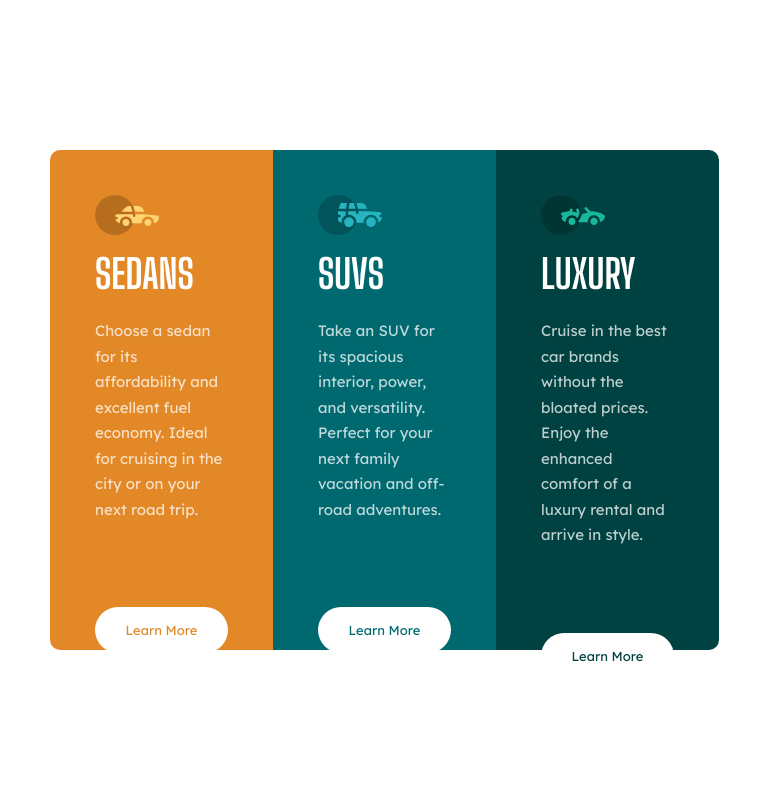
Repository: KamoliddinGIT/column-preview-card
Page: index.html
The author's editor kept a copy of each file at every save. The page is drawn from the files as they stood at one save, then again after the next save.
The browser window is 768 px wide. The pictures show the whole page.

Above is the page before, as saved 2023-09-15 16:54:52.

### index.html
<!DOCTYPE html>
<html lang="en">
  <head>
    <meta charset="UTF-8" />
    <meta name="viewport" content="width=device-width, initial-scale=1.0" />
    <link
      rel="icon"
      type="image/png"
      sizes="32x32"
      href="./images/favicon-32x32.png"
    />
    <link
      href="https://fonts.googleapis.com/css2?family=Lexend+Deca&display=swap"
      rel="stylesheet"
    />
    <link
      href="https://fonts.googleapis.com/css2?family=Big+Shoulders+Display:wght@400;700&display=swap"
      rel="stylesheet"
    />
    <link rel="stylesheet" href="./css/style.css" />
    <title>3-column preview card component</title>
  </head>
  <body>
    <div class="container">
      <div class="card card__1">
        <img src="./images/icon-sedans.svg" alt="sedans" />
        <h1>SEDANS</h1>
        <p>
          Choose a sedan for its affordability and excellent fuel economy. Ideal
          for cruising in the city or on your next road trip.
        </p>
        <a href="#">Learn More</a>
      </div>
      <div class="card card__2">
        <img src="./images/icon-suvs.svg" alt="suvs" />
        <h1>SUVS</h1>
        <p>
          Take an SUV for its spacious interior, power, and versatility. Perfect
          for your next family vacation and off-road adventures.
        </p>
        <a href="#">Learn More</a>
      </div>
      <div class="card card__3">
        <img src="./images/icon-luxury.svg" alt="icon-luxury" />
        <h1>LUXURY</h1>
        <p>
          Cruise in the best car brands without the bloated prices. Enjoy the
          enhanced comfort of a luxury rental and arrive in style.
        </p>
        <a href="#">Learn More</a>
      </div>
    </div>
  </body>
</html>

### css/style.css
* {
  margin: 0;
  padding: 0;
  box-sizing: border-box;
}

body {
  padding: 70px;
  display: flex;
  justify-content: center;
  align-items: center;
  width: 100%;
  height: 100vh;
}

.container {
  display: flex;
  flex-direction: row;
  border-radius: 10px;
  max-width: 900px;
  width: 900px;
  height: 500px;
  color: hsla(0, 0%, 100%, 0.75);
}

.card__1 {
  max-width: 400px;
  width: 350px;
  height: 100%;
  background-color: hsl(31, 77%, 52%);
  border-top-left-radius: 10px;
  border-bottom-left-radius: 10px;
  padding: 45px;
}

.card__2 {
  max-width: 400px;
  width: 350px;
  height: 100%;
  background-color: hsl(184, 100%, 22%);
  padding: 45px;
}

.card__3 {
  max-width: 400px;
  width: 350px;
  height: 100%;
  background-color: hsl(179, 100%, 13%);
  border-top-right-radius: 10px;
  border-bottom-right-radius: 10px;
  padding: 45px;
}

.card {
  padding: 45px;
  display: flex;
  flex-direction: column;
}

.card h1 {
  font-family: "Big Shoulders Display", cursive;
  color: #fff;
  text-transform: uppercase;
  margin-top: 15px;
  margin-bottom: 20px;
  font-size: 40px;
}

.card img {
  width: 64px;
  height: 40px;
}

.card p {
  font-family: "Lexend Deca", sans-serif;
  margin: 0 0 50px;
  font-size: 15px;
  line-height: 1.7;
}

.card__1 a {
  display: flex;
  justify-content: center;
  align-items: center;
  font-size: 13px;
  width: 133px;
  text-decoration: none;
  font-family: "Lexend Deca", sans-serif;
  color: hsl(31, 77%, 52%);
  background: #fff;
  margin-top: 35px;
  border-radius: 50px;
  padding: 15px 10px;
}

.card__1 a:hover {
  font-size: 13px;
  display: flex;
  justify-content: center;
  align-items: center;
  border: 2px solid #fff;
  cursor: pointer;
  transition: 0.3s ease;
  background: hsl(31, 77%, 52%);
  font-family: "Lexend Deca", sans-serif;
  color: #fff;
}

.card__2 a {
  display: flex;
  justify-content: center;
  align-items: center;
  font-size: 13px;
  width: 133px;
  text-decoration: none;
  font-family: "Lexend Deca", sans-serif;
  color: hsl(184, 100%, 22%);
  background: #fff;
  margin-top: 35px;
  border-radius: 50px;
  padding: 15px 10px;
}

.card__2 a:hover {
  font-size: 13px;
  display: flex;
  justify-content: center;
  align-items: center;
  border: 2px solid #fff;
  cursor: pointer;
  transition: 0.3s ease;
  background: hsl(184, 100%, 22%);
  font-family: "Lexend Deca", sans-serif;
  color: #fff;
}

.card__3 a {
  display: flex;
  justify-content: center;
  align-items: center;
  font-size: 13px;
  width: 133px;
  text-decoration: none;
  font-family: "Lexend Deca", sans-serif;
  color: hsl(179, 100%, 13%);
  background: #fff;
  margin-top: 35px;
  border-radius: 50px;
  padding: 15px 10px;
}

.card__3 a:hover {
  font-size: 13px;
  display: flex;
  justify-content: center;
  align-items: center;
  border: 2px solid #fff;
  cursor: pointer;
  transition: 0.3s ease;
  background: hsl(179, 100%, 13%);
  font-family: "Lexend Deca", sans-serif;
  color: #fff;
}

/* media-css */

@media only screen and (max-width: 950px) {
  body {
    padding: 50px;
  }
  .container {
    max-width: 950px;
    width: 100%;
  }
}

After the next save:
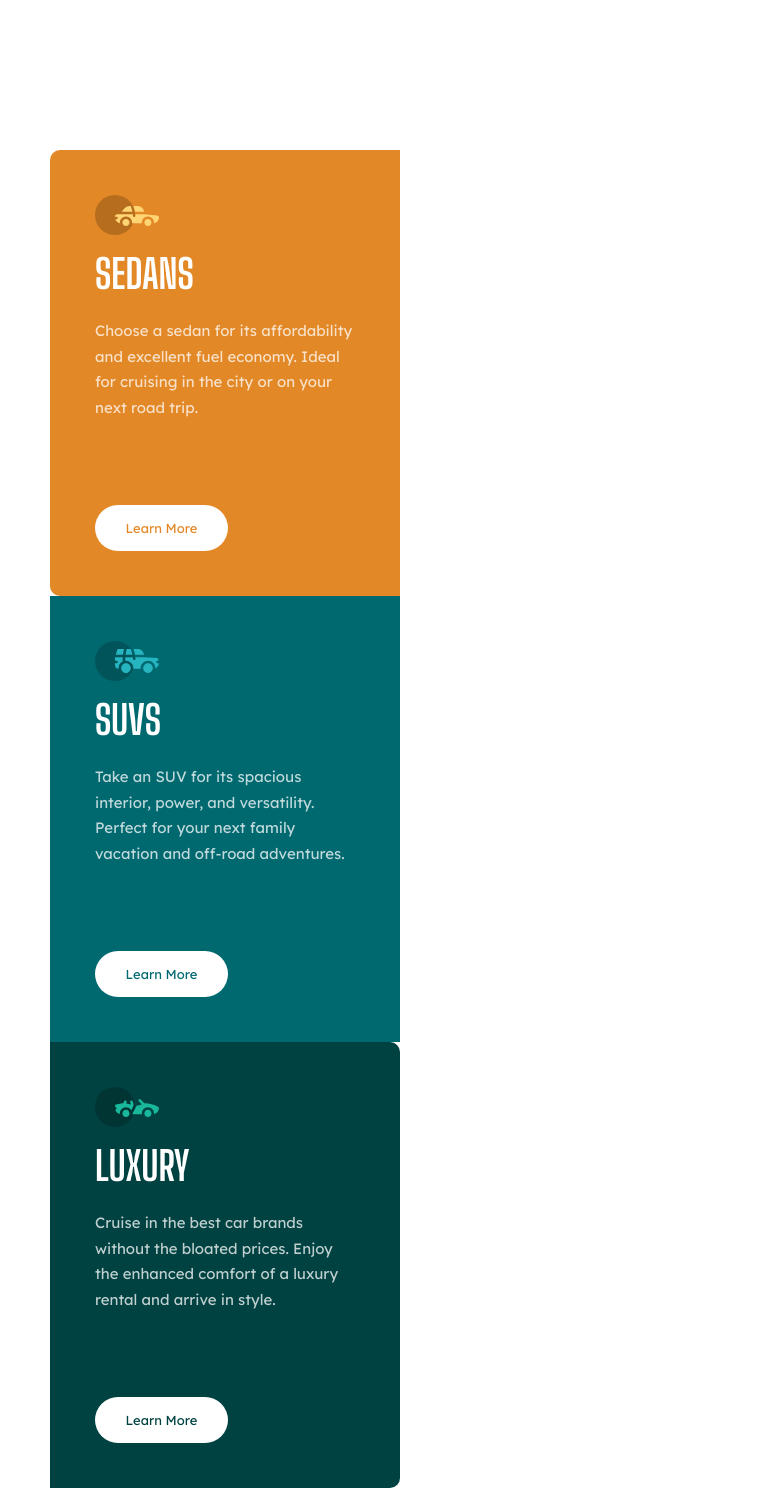
Saved 41 s later.
--- a/css/style.css
+++ b/css/style.css
@@ -173,3 +173,9 @@ body {
     width: 100%;
   }
 }
+
+@media only screen and (max-width: 800px) {
+  .container {
+    flex-direction: column;
+  }
+}
